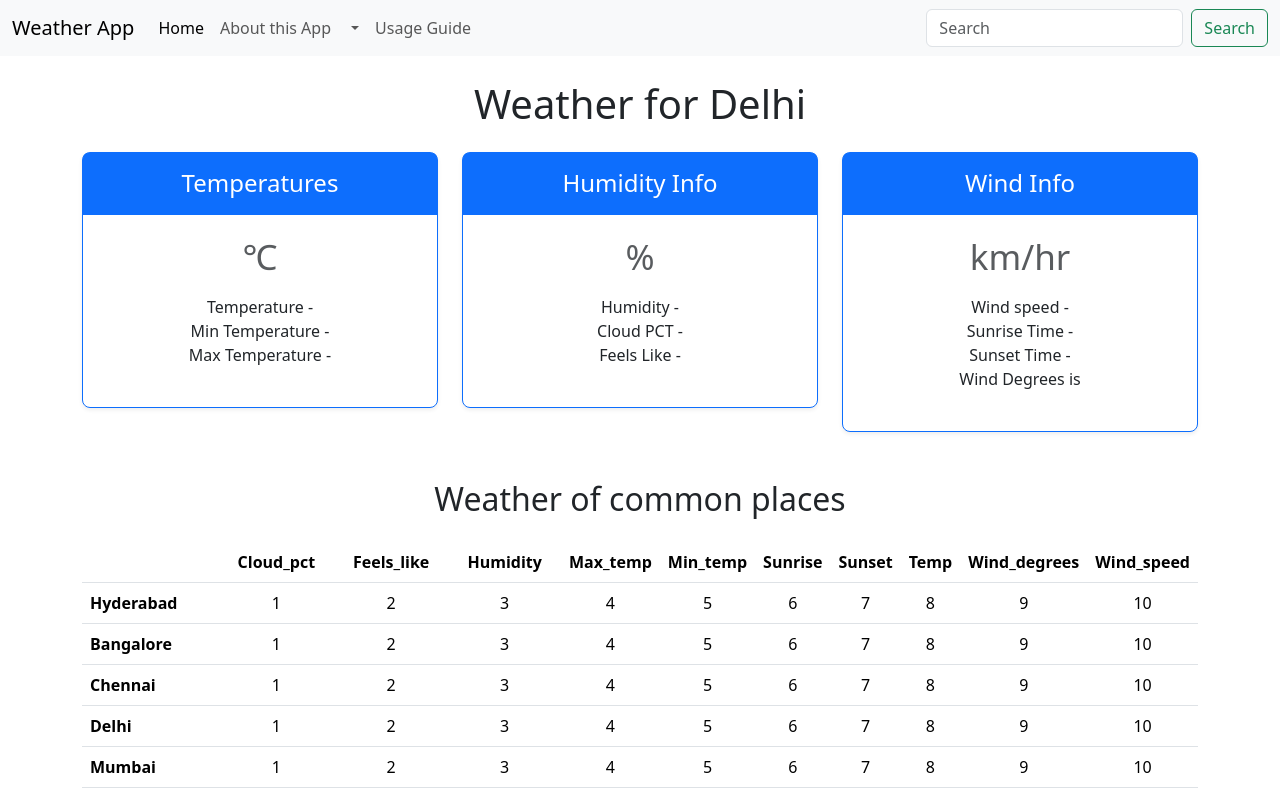
Repository: Abhilash2909/weather
Page: index.html
An editor plug-in stored every save of this project. The page is shown before and after the next save, followed by the edit.
The browser window is 1280 px wide. The pictures show the whole page.
The page's requests for data from a server got no answer.

Above is the page before, as saved 2024-02-11 17:14:07.

### index.html
<!doctype html>
<html lang="en">
  <head>
    <meta charset="utf-8">
    <meta name="viewport" content="width=device-width, initial-scale=1">
    <title>My Weather App</title>
    <link href="https://cdn.jsdelivr.net/npm/bootstrap@5.3.2/dist/css/bootstrap.min.css" rel="stylesheet" integrity="sha384-T3c6CoIi6uLrA9TneNEoa7RxnatzjcDSCmG1MXxSR1GAsXEV/Dwwykc2MPK8M2HN" crossorigin="anonymous">
  </head>
  <body>
    <nav class="navbar navbar-expand-lg bg-body-tertiary">
        <div class="container-fluid">
          <a class="navbar-brand" href="#">Weather App</a>
          <button class="navbar-toggler" type="button" data-bs-toggle="collapse" data-bs-target="#navbarSupportedContent" aria-controls="navbarSupportedContent" aria-expanded="false" aria-label="Toggle navigation">
            <span class="navbar-toggler-icon"></span>
          </button>
          <div class="collapse navbar-collapse" id="navbarSupportedContent">
            <ul class="navbar-nav me-auto mb-2 mb-lg-0">
              <li class="nav-item">
                <a class="nav-link active" aria-current="page" href="#">Home</a>
              </li>
              <li class="nav-item">
                <a class="nav-link" href="#">About this App</a>
              </li>
              <li class="nav-item dropdown">
                <a class="nav-link dropdown-toggle" href="#" role="button" data-bs-toggle="dropdown" aria-expanded="false">
                </a>
                <ul class="dropdown-menu">
                  <li><a class="dropdown-item" href="#">Delhi</a></li>
                  <li><a class="dropdown-item" href="#">Seattle</a></li>
                  <li><a class="dropdown-item" href="#">Bangalore</a></li>
                </ul>
              </li>
              <li class="nav-item">
                <a class="nav-link" aria-disabled="true">Usage Guide</a>
              </li>
            </ul>
            <form class="d-flex" role="search">
              <input id="city" class="form-control me-2" type="search" placeholder="Search" aria-label="Search">
              <button class="btn btn-outline-success" type="submit" id="submit">Search</button>
            </form>
          </div>
        </div>
      </nav>

      <div class="container">
        <main>
          <h1 class= "my-4 text-center">Weather for <span id="cityName"></span></h1>
          <div class="row row-cols-1 row-cols-md-3 mb-3 text-center">
          <div class="col">
            <div class="card mb-4 rounded-3 shadow-sm border-primary">
              <div class="card-header py-3 text-bg-primary border-primary">
                <h4 class="my-0 fw-normal">Temperatures</h4>
              </div>
              <div class="card-body">
                <h1 class="card-title pricing-card-title"><span id="temp2"></span><small class="text-body-secondary fw-light"></span><span>&#8451;</span></small></h1>
                <ul class="list-unstyled mt-3 mb-4">
                  <li>Temperature - <span id="temp" ></span></li>
                  <li>Min Temperature - <span id="min_temp" ></span></li>
                  <li>Max Temperature - <span id="max_temp" ></span></li>
                </ul>
                <!-- <button type="button" class="w-100 btn btn-lg btn-outline-primary">Sign up for free</button> -->
              </div>
            </div>
          </div>
          <div class="col">
            <div class="card mb-4 rounded-3 shadow-sm border-primary">
              <div class="card-header py-3 text-bg-primary border-primary">
                <h4 class="my-0 fw-normal">Humidity Info</h4>
              </div>
              <div class="card-body">
                <h1 class="card-title pricing-card-title"><span id="humidity2" ></span><small class="text-body-secondary fw-light">%</small></h1>
                <ul class="list-unstyled mt-3 mb-4">
                  <li>Humidity - <span id="humidity" ></span></li>
                  <li>Cloud PCT - <span id="cloud_pct" ></span></li>
                  <li>Feels Like - <span id="feels_like" ></span></li>
                </ul>
                <!-- <button type="button" class="w-100 btn btn-lg btn-primary">Get started</button> -->
              </div>
            </div>
          </div>

          <div class="col">
            <div class="card mb-4 rounded-3 shadow-sm border-primary">
              <div class="card-header py-3 text-bg-primary border-primary">
                <h4 class="my-0 fw-normal">Wind Info</h4>
              </div>
              <div class="card-body">
                <h1 class="card-title pricing-card-title"><span id="wind_speed2" ></span><small class="text-body-secondary fw-light">km/hr</small></h1>
                <ul class="list-unstyled mt-3 mb-4">
                  <li>Wind speed - <span id="wind_speed" ></span></li>
                  <li>Sunrise Time - <span id="sunrise" ></span></li>
                  <li>Sunset Time - <span id="sunset" ></span></li>
                  <li>Wind Degrees is <span id="wind_degrees" ></span></li>
                </ul>
                <!-- <button type="button" class="w-100 btn btn-lg btn-primary">Contact us</button> -->
              </div>
            </div>
          </div>
        </div>

        <h2 class="my-4 text-center">Weather of common places</h2>

        <div class="table-responsive">
          <table class="table text-center">
            <thead>
              <tr>
                <th style="width: 30%;">   </th>
                <th style="width: 22%;"> Cloud_pct </th>
                <th style="width: 22%;"> Feels_like </th>
                <th style="width: 22%;"> Humidity </th>
                <th style="width: 22%;"> Max_temp </th>
                <th style="width: 22%;"> Min_temp </th>
                <th style="width: 22%;"> Sunrise </th>
                <th style="width: 22%;"> Sunset </th>
                <th style="width: 22%;"> Temp </th>
                <th style="width: 22%;"> Wind_degrees </th>
                <th style="width: 22%;"> Wind_speed </th>
              </tr>
            </thead>
            <tbody>
              <tr>
                <th scope="row" class="text-start">Hyderabad</th>
                <td>1</td>
                <td>2</td>
                <td>3</td>
                <td>4</td>
                <td>5</td>
                <td>6</td>
                <td>7</td>
                <td>8</td>
                <td>9</td>
                <td>10</td>
              </tr>
              <tr>
                <th scope="row" class="text-start">Bangalore</th>
                <td>1</td>
                <td>2</td>
                <td>3</td>
                <td>4</td>
                <td>5</td>
                <td>6</td>
                <td>7</td>
                <td>8</td>
                <td>9</td>
                <td>10</td>
              </tr>
            </tbody>

            <tbody>
              <tr>
                <th scope="row" class="text-start">Chennai</th>
                <td>1</td>
                <td>2</td>
                <td>3</td>
                <td>4</td>
                <td>5</td>
                <td>6</td>
                <td>7</td>
                <td>8</td>
                <td>9</td>
                <td>10</td>
              </tr>
              <tr>
                <th scope="row" class="text-start">Delhi</th>
                <td>1</td>
                <td>2</td>
                <td>3</td>
                <td>4</td>
                <td>5</td>
                <td>6</td>
                <td>7</td>
                <td>8</td>
                <td>9</td>
                <td>10</td>
              </tr>
              <tr>
                <th scope="row" class="text-start">Mumbai</th>
                <td>1</td>
                <td>2</td>
                <td>3</td>
                <td>4</td>
                <td>5</td>
                <td>6</td>
                <td>7</td>
                <td>8</td>
                <td>9</td>
                <td>10</td>
              </tr>
            </tbody>
          </table>
        </div>
      </main></div>
    <script src="https://cdn.jsdelivr.net/npm/bootstrap@5.3.2/dist/js/bootstrap.bundle.min.js" integrity="sha384-C6RzsynM9kWDrMNeT87bh95OGNyZPhcTNXj1NW7RuBCsyN/o0jlpcV8Qyq46cDfL" crossorigin="anonymous"></script>
    <script src="script.js"></script>
</body>
</html>

### script.js

// const url = 'https://weather-by-api-ninjas.p.rapidapi.com/v1/weather?city=Seattle';
// const options = {
//     method: 'GET',
//     headers: {
//         'X-RapidAPI-Key': '9f5fc666cemsh950495f18781500p1999a7jsna0d8657b4aba',
//         'X-RapidAPI-Host': 'weather-by-api-ninjas.p.rapidapi.com'
//     }
// };

// async function fetchData() {
//     try {
//         const response = await fetch(url, options);
//         const result = await response.text();
//         console.log(result);
//     } catch (error) {
//         console.error(error);
//     }
// }

// fetchData();


// const url = 'https://weather-by-api-ninjas.p.rapidapi.com/v1/weather?city=Seattle';
// const options = {
// 	method: 'GET',
// 	headers: {
// 		'X-RapidAPI-Key': '9f5fc666cemsh950495f18781500p1999a7jsna0d8657b4aba',
// 		'X-RapidAPI-Host': 'weather-by-api-ninjas.p.rapidapi.com'
// 	}
// };

// try {
// 	const response = await fetch(url, options);
// 	const result = await response.text();
// 	console.log(result);
// } catch (error) {
// 	console.error(error);
// }



const options = {
    method: 'GET',
    headers: {
      'X-RapidAPI-Key': 'b45e96323fmshf5e4bc50d3b8a90p1e091djsnfb21cde4eb87',
      'X-RapidAPI-Host': 'weather-by-api-ninjas.p.rapidapi.com'
    }
  };
const getWeather = (city) => {
  cityName.innerHTML = city
  fetch('https://weather-by-api-ninjas.p.rapidapi.com/v1/weather?city=' + city, options)
    .then(response => response.json())
    .then((response) => {
      console.log(response)
      cloud_pct.innerHTML = response.cloud_pct
      temp.innerHTML = response.temp
      temp2.innerHTML = response.temp
      feels_like.innerHTML = response.feels_like
      humidity.innerHTML = response.humidity
      humidity2.innerHTML = response.humidity
      min_temp.innerHTML = response.min_temp
      max_temp.innerHTML = response.max_temp
      wind_speed.innerHTML = response.wind_speed
      wind_speed2.innerHTML = response.wind_speed
      wind_degrees.innerHTML = response.wind_degrees
      sunrise.innerHTML = response.sunrise
      sunset.innerHTML = response.sunset
    })
    .catch(error => console.error(error));
}

submit.addEventListener("click", (e)=>{
  e.preventDefault()
  getWeather(city.value)
})

getWeather("Delhi")

After the next save:
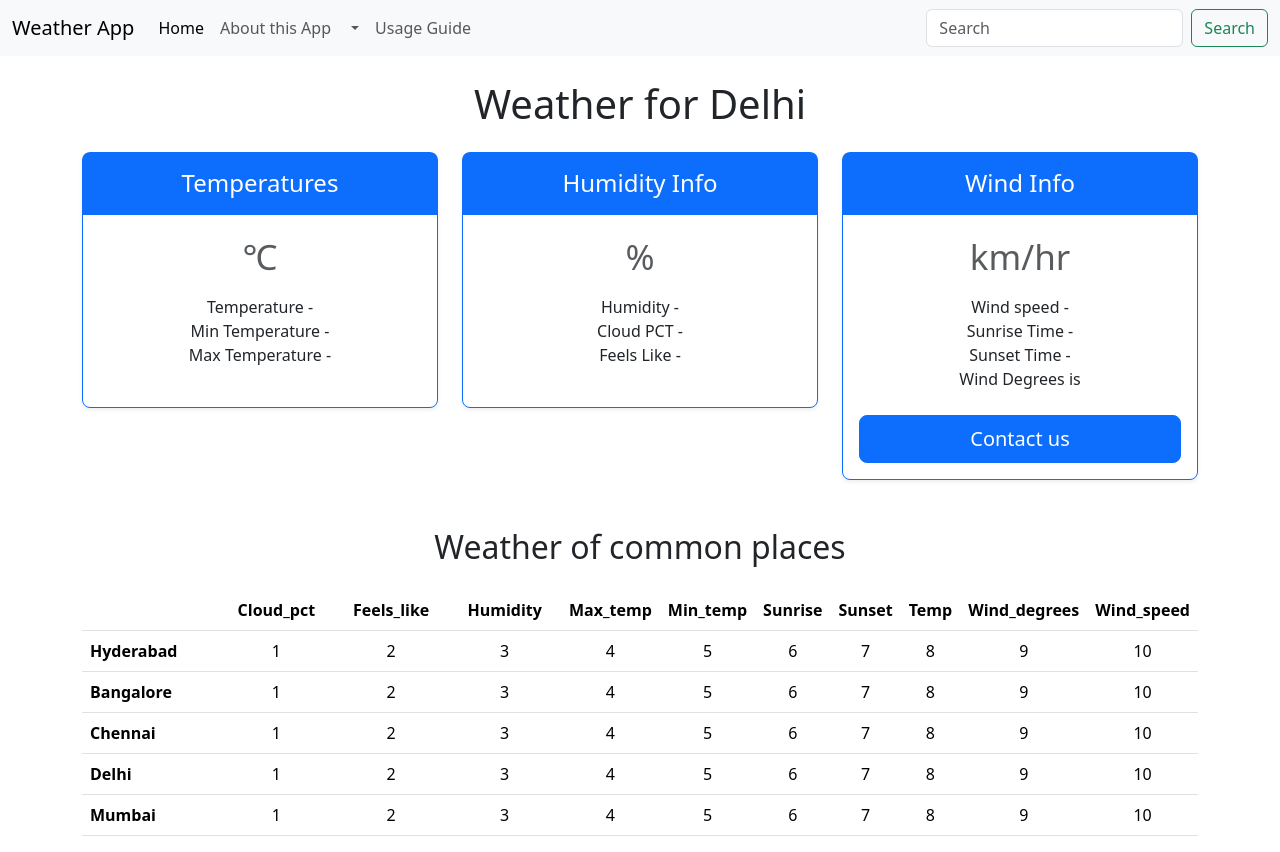
Saved 3 min 9 s later.
--- a/index.html
+++ b/index.html
@@ -92,7 +92,7 @@
                   <li>Sunset Time - <span id="sunset" ></span></li>
                   <li>Wind Degrees is <span id="wind_degrees" ></span></li>
                 </ul>
-                <!-- <button type="button" class="w-100 btn btn-lg btn-primary">Contact us</button> -->
+                <button type="button" class="w-100 btn btn-lg btn-primary">Contact us</button>
               </div>
             </div>
           </div>
